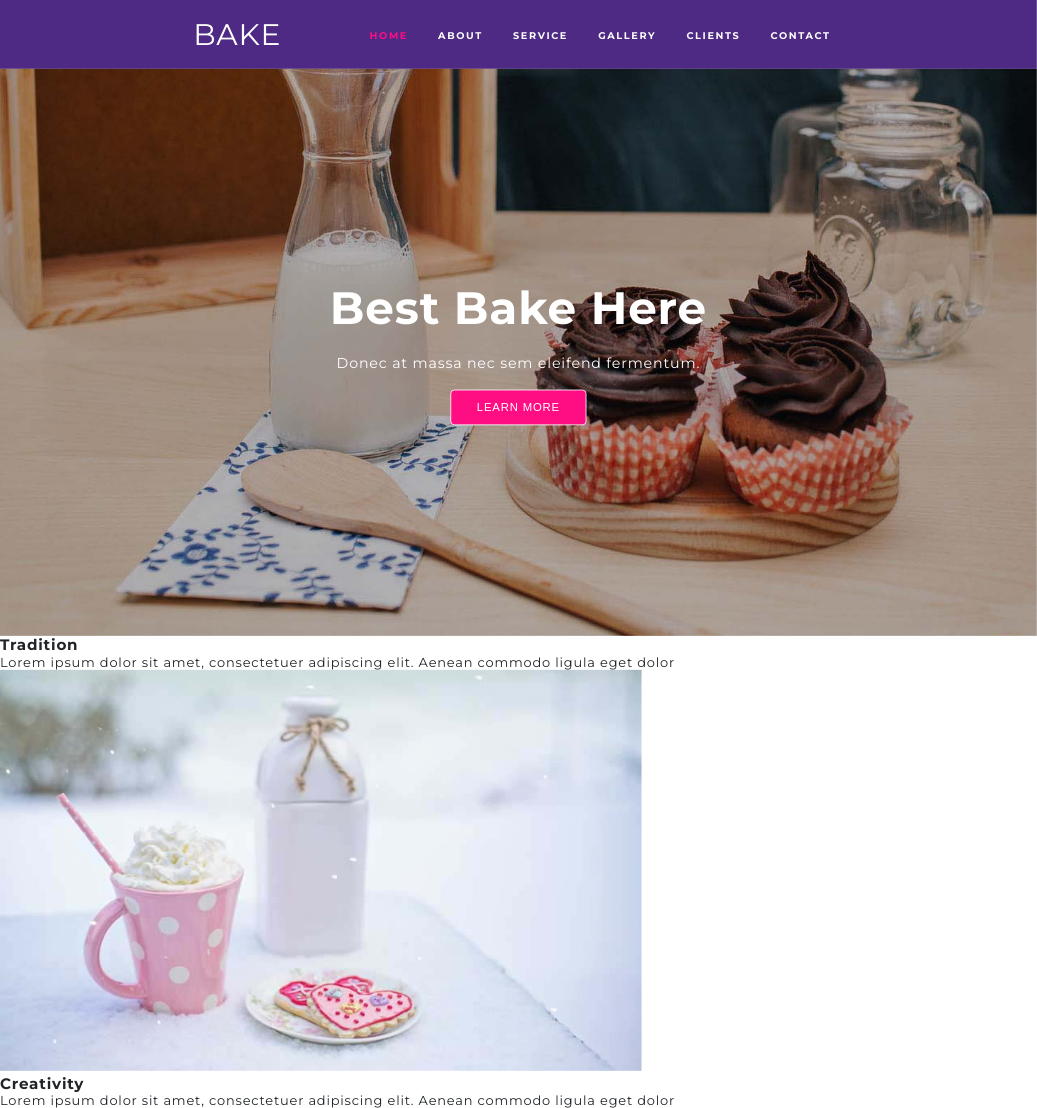
Repository: ducdatit2002/bake-cake
Page: index.html
The author's editor kept a copy of each file at every save. The page is drawn from the files as they stood at one save, then again after the next save.
The browser window is 1280 px wide. The pictures show the whole page, at 81% of full size.

Above is the page before, as saved 2023-07-13 11:58:53.

### index.html
<!DOCTYPE html>
<html lang="en">
<head>
    <meta charset="UTF-8">
    <meta name="viewport" content="width=device-width, initial-scale=1.0">
    <title>BAKE</title>
    <!-- FONT ICON -->
    <link rel="stylesheet" href="https://cdnjs.cloudflare.com/ajax/libs/font-awesome/6.4.0/css/all.min.css"
        integrity="sha512-iecdLmaskl7CVkqkXNQ/ZH/XLlvWZOJyj7Yy7tcenmpD1ypASozpmT/E0iPtmFIB46ZmdtAc9eNBvH0H/ZpiBw=="
        crossorigin="anonymous" referrerpolicy="no-referrer" />
    <!-- FONT GOOGLE -->
    <link rel="preconnect" href="https://fonts.googleapis.com">
    <link rel="preconnect" href="https://fonts.gstatic.com" crossorigin>
    <link href="https://fonts.googleapis.com/css2?family=Montserrat:wght@300;400;700&display=swap" rel="stylesheet">
    <!-- MAIN CSS -->
    <link rel="stylesheet" href="./index.css">

</head>
<body>
    <!-- HEADER -->
    <header>
        <div class="header__content">
            <p>BAKE</p>
            <nav>
                <ul>
                    <li class="active"><a href="#">HOME</a></li>
                    <li><a href="#">ABOUT</a></li>
                    <li><a href="#">SERVICE</a></li>
                    <li><a href="#">GALLERY</a></li>
                    <li><a href="#">CLIENTS</a></li>
                    <li><a href="#">CONTACT</a></li>
                </ul>
            </nav>
        </div>
    </header>
    <!-- CAROUSEL -->
    <section class="carousel">
        <div class="carousel__content">
            <h1>Best Bake Here</h1>
            <p>Donec at massa nec sem eleifend fermentum.</p>
            <button>LEARN MORE</button>
        </div>
    </section>
    <!-- INTRO -->
    <section class="intro">
        <div class="intro__item">
            <div>
                <h3>Tradition</h3>
                <p>Lorem ipsum dolor sit amet, consectetuer adipiscing elit. Aenean commodo ligula eget dolor</p>
            </div>
        </div>
        <div class="intro__item">
            <img src="./img/ab1.jpg" alt="intro 1">
        </div>
        <div class="intro__item">
            <div>
                <h3>Creativity</h3>
                <p>Lorem ipsum dolor sit amet, consectetuer adipiscing elit. Aenean commodo ligula eget dolor</p>
            </div>
        </div>
    </section>
    <!-- NUMBER -->
    <section class="number"></section>
    <!-- SERVICES -->
    <section class="services"></section>
    <!-- GALLERY -->
    <section class="gallery"></section>
    <!-- TEAM MEMBER -->
    <section class="team"></section>
    <!-- FEEDBACK -->
    <section class="feedback"></section>
    <!-- CONTACT -->
    <section class="contact"></section>
    <!-- FOOTER -->
    <footer></footer>
</body>
</html>

### index.css
/* GLOBAL */
*{
    margin: 0;
    padding: 0;
    box-sizing: border-box;
}
html{
    font-size: 16px;
    /* 1 rem = 18px */
    /* Không khai báo thì 1 rem là 16px */

}
body {
    font-family: 'Montserrat', sans-serif;
    color: #212529;
    background-color: #fff;
    letter-spacing: 1px;
}
button {
    background-color: #ff0e83;
    border: 1px solid white;
    color: white;
    padding: 13px 32px;
    font-size: 0.875rem;
    border-radius: 5px;
    cursor: pointer;
    letter-spacing: 1px;
    transition: all 0.5s;
}
button:hover {
    background-color: white;
    color: black;
    border-color: #ff0e83;

}
/* HEADER */
header {
    background-color: #4e2a84;
    padding: 20px 0;
}
.header__content {
    width: 70%;
    margin: 0 auto;
    display: flex;
    justify-content: space-around;
    align-items: center;
}
.header__content ul {
    list-style: none;
}
.header__content ul a {
    text-decoration: none;
    color: white;
    font-weight: 700;
    font-size: 0.75rem;
    letter-spacing: 2px;
    /* transition-property: all;
    transition-duration: 1s;
    transition-delay: 0s;
    transition-timing-function: linear; */
    transition: all 1s;
}
.header__content ul a:hover {
    color: #ff0e83;
}
.header__content ul li {
    display: inline;
    margin: 0 1rem;
}
.header__content p {
    color: white;
    font-size: 2.3rem;
    /* 2.3 rem ~ 37px */
}
.header__content ul .active a {
    color: #ff0e83;
}

/* CAROUSEL */
.carousel{
    background-image: url(./img/b3.jpg);
    height: 700px;
    background-size: cover;
    background-position: center;
    color: white;
    text-align: center;
    display: flex;
    justify-content: center;
    align-items: center;
}
.carousel__content h1 {
    font-size: 3.5rem;
}
.carousel__content p {
    font-size: 1.1rem;
    padding: 23px 0;
}

After the next save:
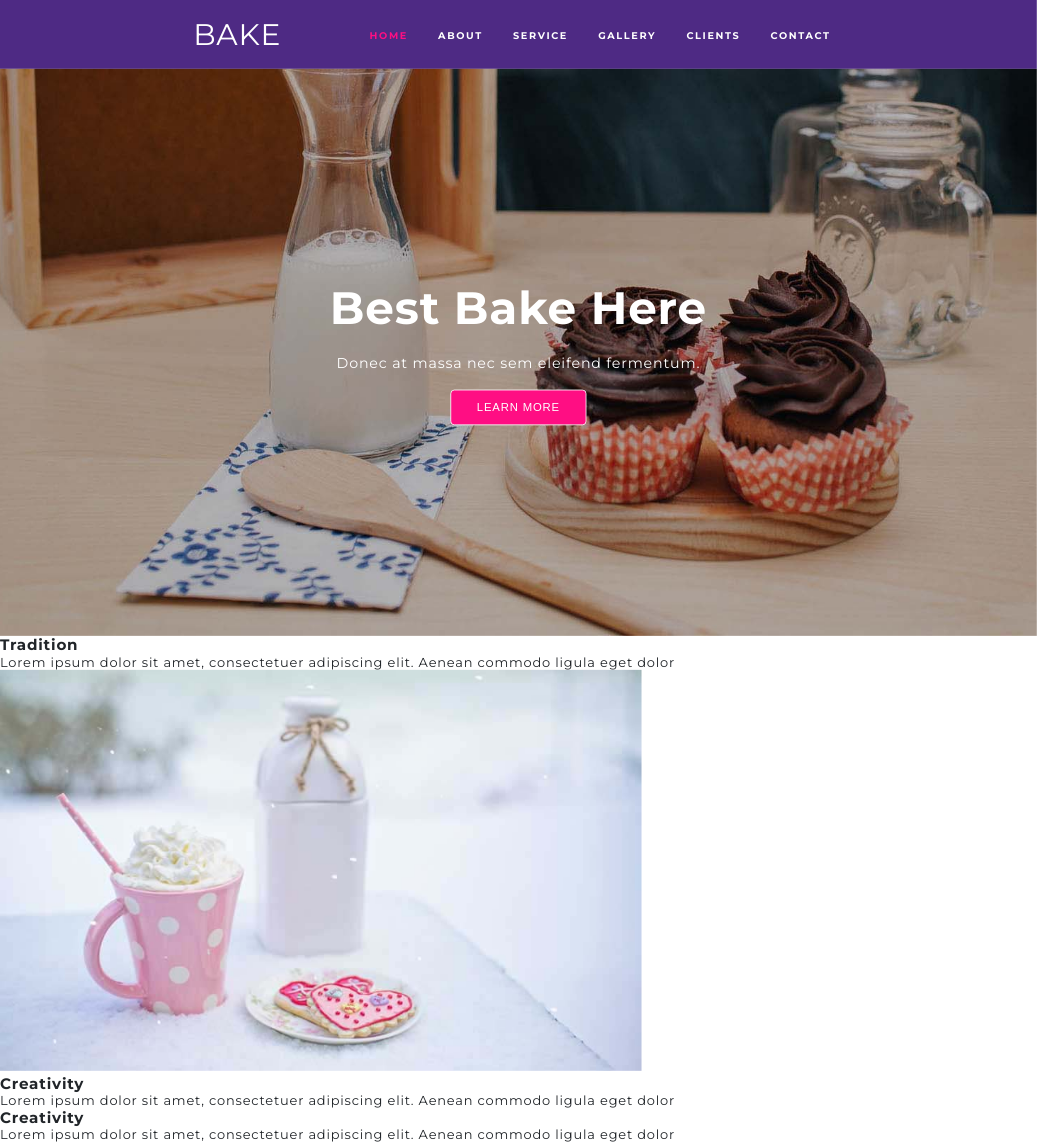
Saved 43 s later.
--- a/index.html
+++ b/index.html
@@ -58,6 +58,12 @@
                 <p>Lorem ipsum dolor sit amet, consectetuer adipiscing elit. Aenean commodo ligula eget dolor</p>
             </div>
         </div>
+        <div class="intro__item">
+            <div>
+                <h3>Creativity</h3>
+                <p>Lorem ipsum dolor sit amet, consectetuer adipiscing elit. Aenean commodo ligula eget dolor</p>
+            </div>
+        </div>
     </section>
     <!-- NUMBER -->
     <section class="number"></section>
